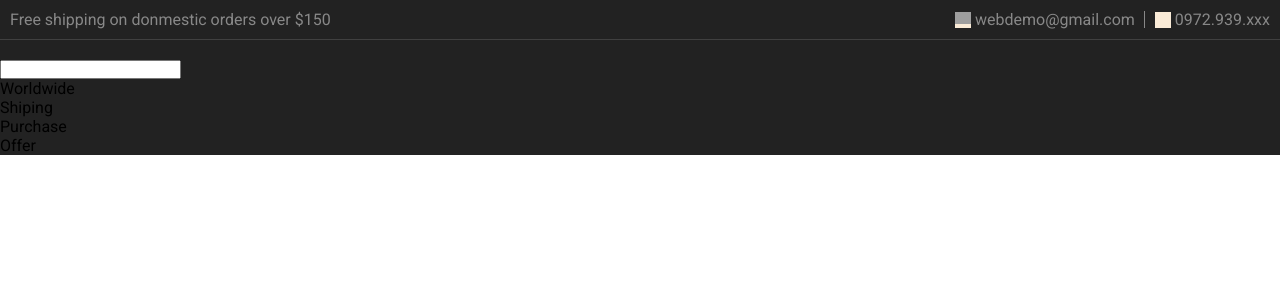
Repository: ldminh95/demo01
Page: index.html
An editor plug-in stored every save of this project. The page is shown before and after the next save, followed by the edit.
The browser window is 1280 px wide. The pictures show the whole page.
Pictures or frames that could not be fetched are drawn as grey boxes.

Above is the page before, as saved 2023-09-09 16:16:23.

After the next save:
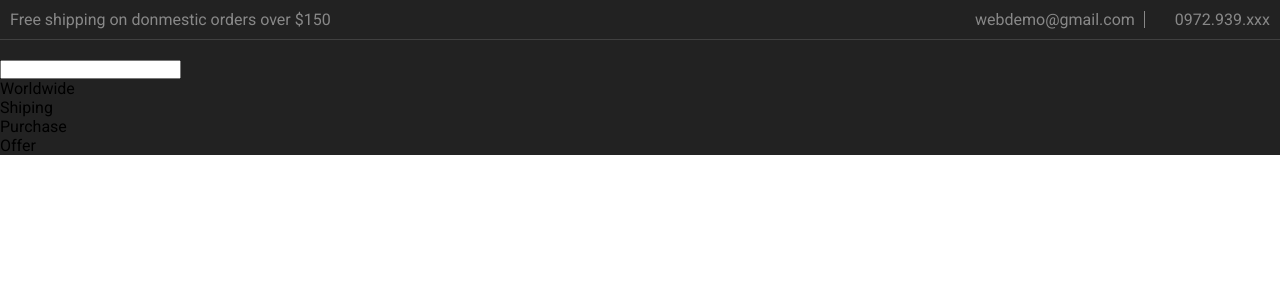
Saved 22 s later.
--- a/style.css
+++ b/style.css
@@ -43,8 +43,6 @@ header {
     top: 0;
     bottom: 0;
     left: -20px;
-    width: 16px;
-    height: 16px;
     margin: auto;
     background-color: antiquewhite;
 }
